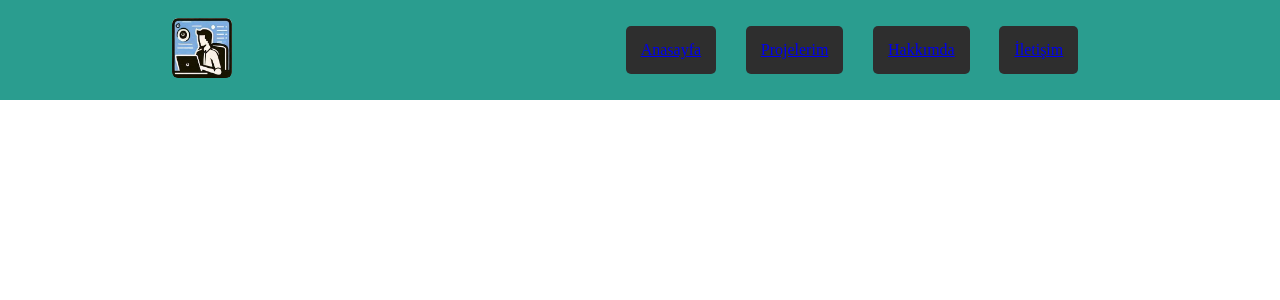
Repository: 0hasandemirtas/react-odev
Page: /
These files come from the project's save history. The page is drawn as it stood at one moment and after the next save; the edit follows.
The browser window is 1280 px wide. The pictures show the whole page.
The project was rebuilt for these pictures with package versions that can differ from the ones it lists, and the page was loaded fresh each time.

Above is the page before, as saved 2024-06-16 14:28:11.

After the next save:
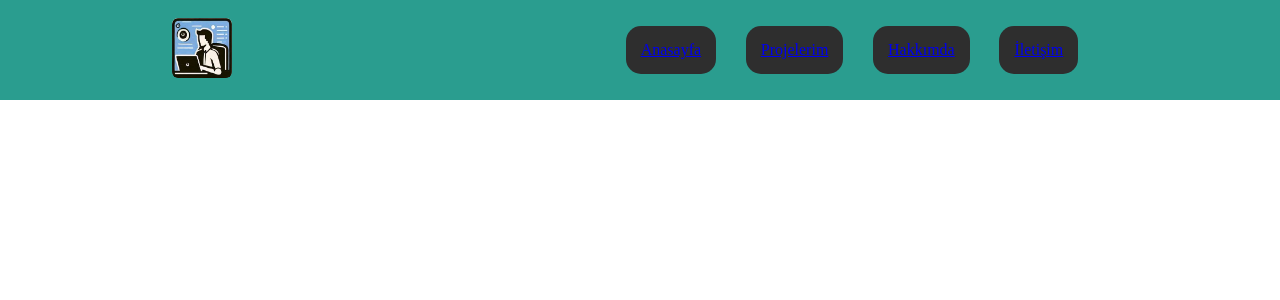
Saved 4 s later.
--- a/src/components/header/stylesheet.js
+++ b/src/components/header/stylesheet.js
@@ -31,7 +31,7 @@ const useStyles = createUseStyles({
     titleContentContainer:{
         padding:"15px",
         backgroundColor:"#2e2e2e",
-        borderRadius:"5px"
+        borderRadius:"15px"
     }
 },
 {
